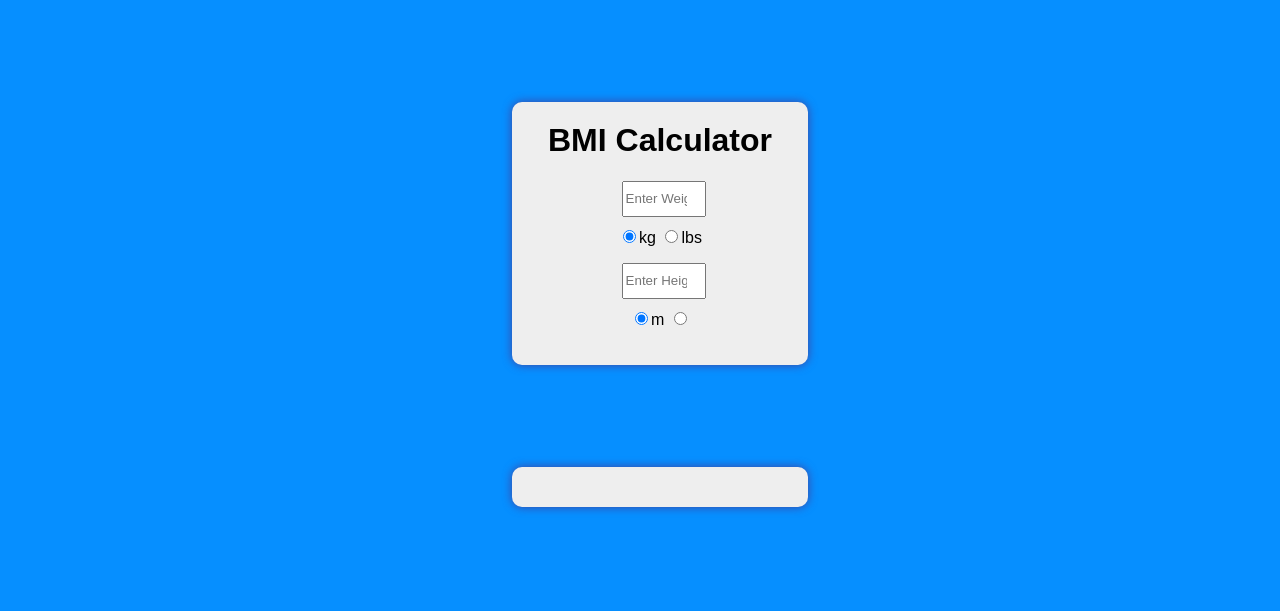
Repository: shayanabedi98/bmi-calculator
Page: index.html
The author's editor kept a copy of each file at every save. The page is drawn from the files as they stood at one save, then again after the next save.
The browser window is 1280 px wide. The pictures show the whole page.

Above is the page before, as saved 2023-07-24 13:57:22.

### index.html
<!DOCTYPE html>
<html lang="en">
<head>
    <meta charset="UTF-8">
    <meta name="viewport" content="width=device-width, initial-scale=1.0">
    <title>BMI Calculator</title>
    <link rel="stylesheet" href="styles.css">
</head>
<body>
    <div class="card">
        <div class="bmi-calculator">
            <h1>BMI Calculator</h1>
            <div class="weight">
                <input type="number" placeholder="Enter Weight">
                <input type="radio" name="weight" checked><span>kg</span>
                <input type="radio" name="weight"><span>lbs</span>
            </div>
            <div class="height">
                <input type="number" placeholder="Enter Height">
                <input type="radio" name="height" checked><span>m</span>
                <input type="radio" name="height"><span></span>
            </div>
        </div>
    </div>
    <div class="card">
        <div class="bmi-chart">

        </div>
    </div>
</body>
</html>

### styles.css
body {
    background-color: #068FFF;
    font-family: sans-serif;
    text-align: center;
    padding: 0;
    margin: 0;
}

.card {
    background-color: #EEEEEE;
    padding: 20px;
    width: 20%;
    margin-left: 40%;
    border-radius: 10px;
    margin-top: 8%;
    box-shadow: 0 0 10px 0 #4141a0;
}

.weight {
    display: block;
}

input[type='number'] {
    display: block;
    text-align: center;
    width: 30%;
    margin-left: 35%;
    margin-bottom: 10px;
    height: 30px;
}

input[type='radio'] {
    margin-bottom: 20px;
}

h1 {
    margin-top: 0;
}

After the next save:
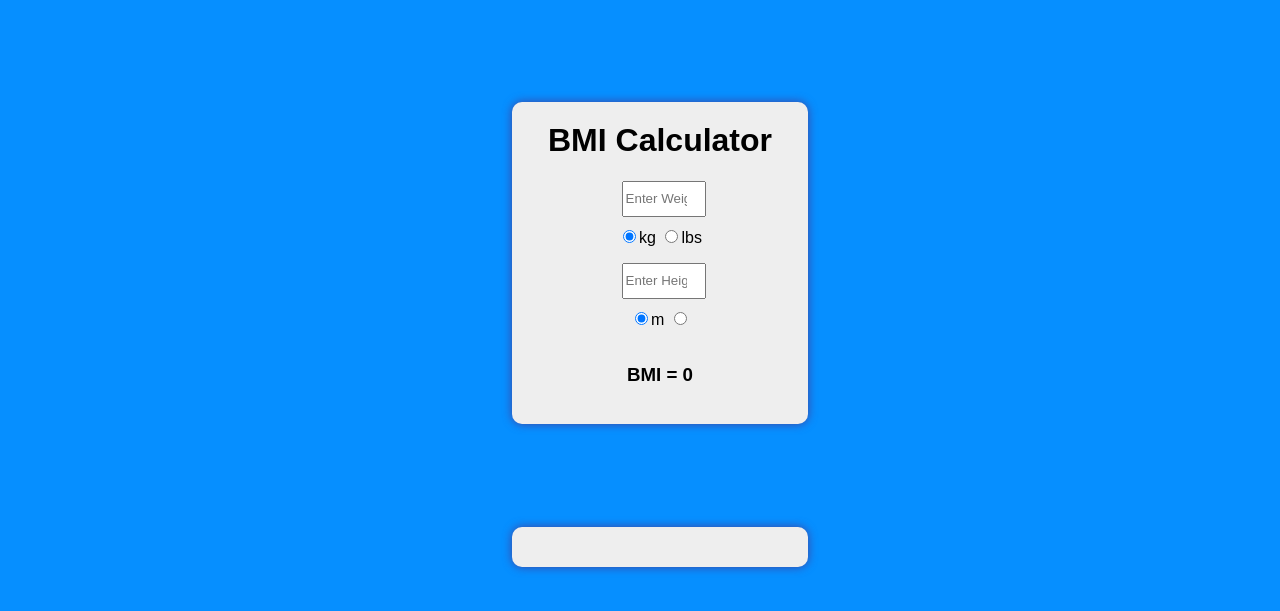
Saved 2 min 21 s later.
--- a/index.html
+++ b/index.html
@@ -20,6 +20,9 @@
                 <input type="radio" name="height" checked><span>m</span>
                 <input type="radio" name="height"><span></span>
             </div>
+            <div class="result">
+                <h3>BMI = 0</h3>
+            </div>
         </div>
     </div>
     <div class="card">
